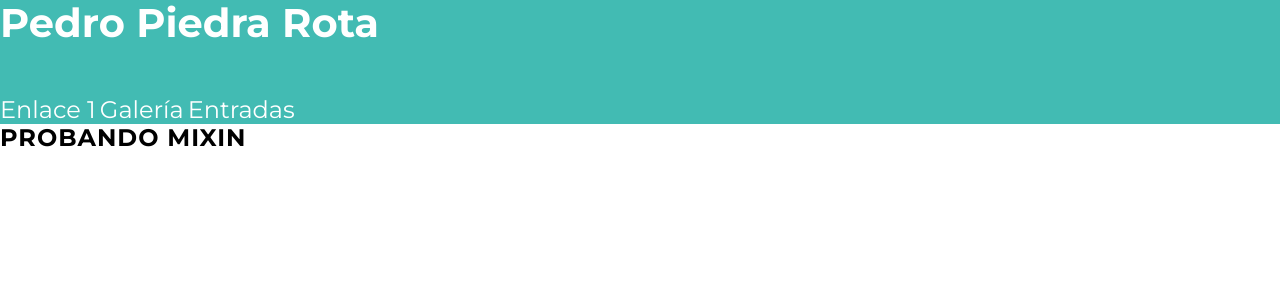
Repository: araque1990/PedroPiedraRota
Page: index.html
These files come from the project's save history. The page is drawn as it stood at one moment and after the next save; the edit follows.
The browser window is 1280 px wide. The pictures show the whole page.
The style sheet was rebuilt from its Sass, Less or Tailwind sources for each picture, by a compiler version that may differ from the author's.

Above is the page before, as saved 2023-03-13 17:25:55.

After the next save:
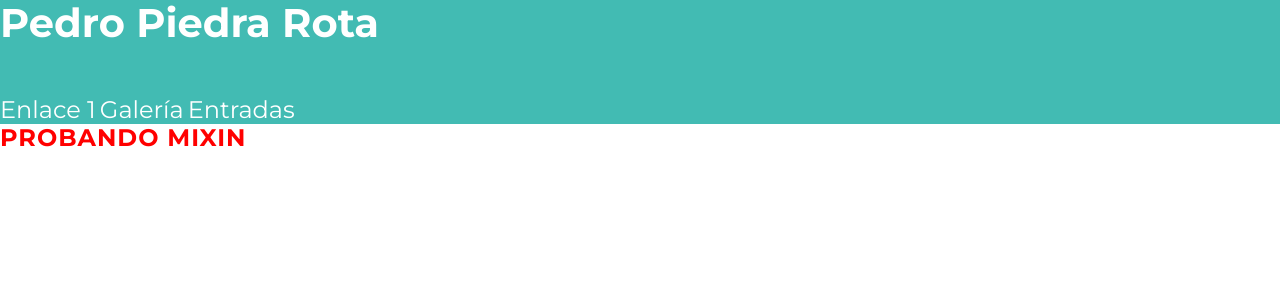
Saved 13 s later.
--- a/src/scss/base/_mixins.scss
+++ b/src/scss/base/_mixins.scss
@@ -1,6 +1,6 @@
 @mixin heading {
   text-transform: uppercase;
   font-size: 2.4rem;
-  color: black;
+  color: red;
   letter-spacing: 1px;
 }
